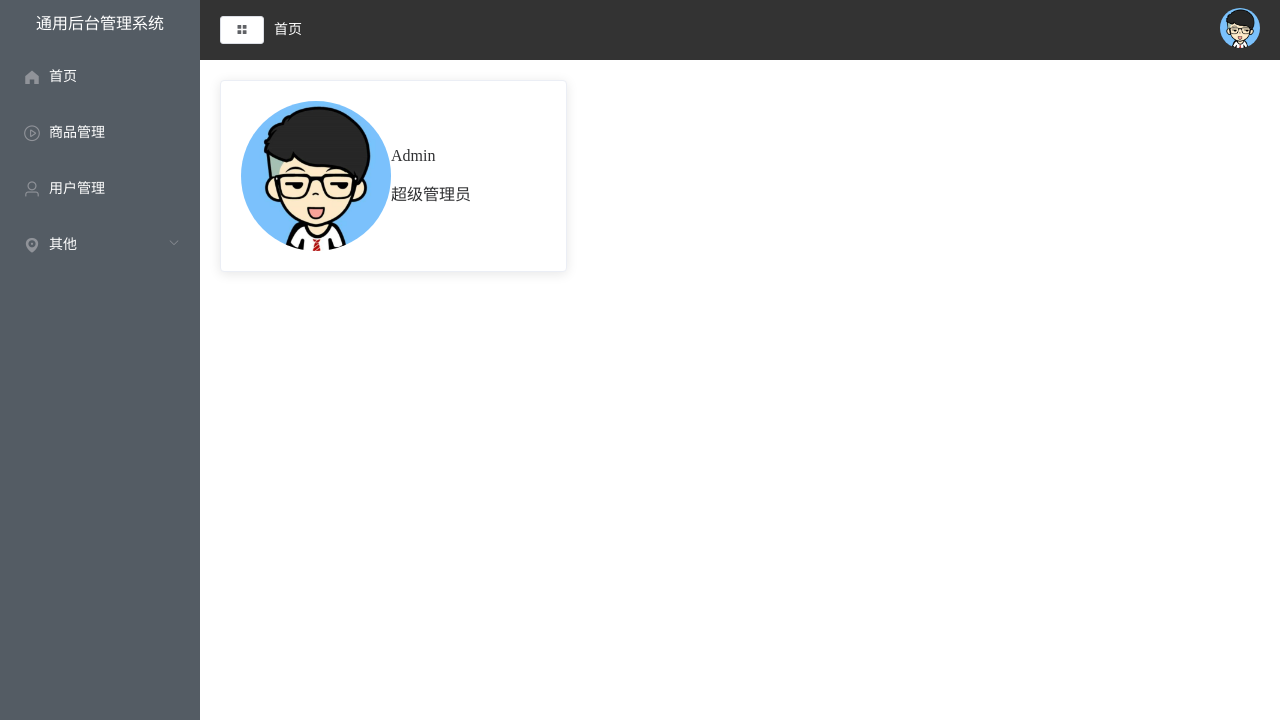
Repository: Francis200214/my-app
Page: /
The author's editor kept a copy of each file at every save. The page is drawn from the files as they stood at one save, then again after a run of saves.
The browser window is 1280 px wide. The pictures show the whole page.
The project was rebuilt for these pictures with package versions that can differ from the ones it lists, and the page was loaded fresh each time. Also part of the build but not shown: vue.config.js, src/views/User.vue, src/views/Mall.vue, src/views/other/PageOne.vue, src/views/other/PageTwo.vue.

Above is the page before, as saved 2023-05-21 15:34:50.

### src/main.js
import Vue from 'vue'
import App from './App.vue'
import ElementUI from 'element-ui'

// ElementUI 按需引入
// import { Button,Row } from 'element-ui'


import 'element-ui/lib/theme-chalk/index.css'
// Vue-Router
import router from './router'
// Vuex
import store from './store'


Vue.config.productionTip = false

// 全局引入Element UI
Vue.use(ElementUI);


// 按需引入Element UI
// Vue.use(Row);
// Vue.use(Button);


new Vue({
  router,
  store,
  render: h => h(App),
}).$mount('#app')

### src/App.vue
<template>
  <div id="app">
    <router-view></router-view>
  </div>
</template>

<style lang="less">
  html,body,h3 {
    margin: 0;
    padding: 0;
  }
</style>

<script>

export default {
  name: 'App'
}
</script>

### src/router/index.js
import Vue from 'vue'
import VueRouter from 'vue-router'

// 1、引入组件
import Main from '../views/Main.vue'
import Home from '../views/Home.vue'
import User from '../views/User.vue'
import Mall from '../views/Mall.vue'
import PageOne from '../views/other/PageOne.vue'
import PageTwo from '../views/other/PageTwo.vue'

// 引入Vue-Router
Vue.use(VueRouter);

// 2、路由与组件映射
const routes = [
    {
        path: '/',
        component: Main,
        // redirect 表示重定向，当路径是 / 的时候就重定向某个路由
        redirect: '/home',
        children: [
            { path: 'home', component: Home }, // 首页
            { path: 'user', component: User }, // 用户管理
            { path: 'mall', component: Mall }, // 商品管理
            { path: 'page1', component: PageOne }, // 页面一
            { path: 'page2', component: PageTwo }, // 页面二
        ]
    }

]

// 3、创建Router实例
const router = new VueRouter({
    routes // (缩写) 相当于 routes: routes
})

// 4、将 router 暴露
export default router

### src/store/index.js
import Vue from 'vue'
import Vuex from 'vuex'
import tab from './tab'

Vue.use(Vuex)


// 创建 Vuex 的实例
// 对外暴露
export default new Vuex.Store({
    modules: {
        tab
    }
})

### src/views/Main.vue
<template>
    <div>
        <el-container>
            <el-aside width="auto">
                <common-aside />
            </el-aside>
            <el-container>
                <el-header>
                    <common-header />
                </el-header>
                <el-main>
                    <router-view></router-view>
                </el-main>
            </el-container>
        </el-container>
    </div>
</template>
<style lang="less" scoped>
.el-header {
    padding: 0;
}
</style>
<script>
import CommonAside from '../components/CommonAside.vue'
import CommonHeader from '../components/CommonHeader.vue'


export default {
    data() {
        return {}
    },
    components: {
        CommonAside,
        CommonHeader
    }
}
</script>

### src/views/Home.vue
<template>
    <el-row>
        <el-col :span="8">
            <el-card class="box-card">
                <div class="user">
                    <img src="../assets/images/user.png" alt="">
                    <div class="userinfo">
                        <p class="name">Admin</p>
                        <p class="access">超级管理员</p>
                    </div>
                </div>
                <div class="login-info"></div>
            </el-card>
        </el-col>
        <el-col :span="16">
            <div class="grid-content bg-purple-light"></div>
        </el-col>
    </el-row>
</template>
<style lang="less" scoped>
.user {
    display: flex;
    // flex 布局中 主轴垂直居中
    align-items: center;

    img {
        width: 150px;
        height: 150px;
        border-radius: 50%;
    }
}
</style>
<script>
export default {
    data() {
        return {}
    }
}
</script>

### src/store/tab.js
export default {
    state: {
        isCollapse: false // 用于控制菜单的展开或收起
    },
    mutations: {
        // 修改菜单展开或者收起的方法
        collapseMenu(state) {
            state.isCollapse = !state.isCollapse
        }
    }
}

### src/components/CommonAside.vue
<template>
    <div>
        <el-menu default-active="1-4-1" class="el-menu-vertical-demo" @open="handleOpen" @close="handleClose"
            :collapse="isCollapse" background-color="#545c64" text-color="#fff" active-text-color="#ffd04b">

            <h3>{{ isCollapse ? '后台' : '通用后台管理系统' }}</h3>

            <el-menu-item @click="clickMenu(item)" v-for="item in noChildren" :key="item.name" :index="item.name">
                <i :class="`el-icon-${item.icon}`"></i>
                <span slot="title">{{ item.label }}</span>
            </el-menu-item>

            <el-submenu v-for="item in hasChildren" :key="item.label" :index="item.label">
                <template slot="title">
                    <i :class="`el-icon-${item.icon}`"></i>
                    <span slot="title">{{ item.label }}</span>
                </template>
                <el-menu-item-group v-for="subItem in item.children" :key="subItem.path">
                    <el-menu-item @click="clickMenu(subItem)" :index="subItem.path">{{ subItem.label }}</el-menu-item>
                </el-menu-item-group>
            </el-submenu>
        </el-menu>
    </div>
</template>

<style lang="less" scope>
.el-menu-vertical-demo:not(.el-menu--collapse) {
    width: 200px;
    min-height: 400px;
}

.el-menu {
    height: 100vh;
    border-right: none;

    h3 {
        color: #fff;
        text-align: center;
        line-height: 48px;
        font-size: 16px;
        // 字体粗细
        font-weight: 400;
    }
}
</style>

<script>
export default {
    data() {
        return {
            menuData: [
                {
                    path: '/',
                    name: 'home',
                    label: '首页',
                    icon: 's-home',
                    url: 'Home/Home'
                },
                {
                    path: '/mall',
                    name: 'mall',
                    label: '商品管理',
                    icon: 'video-play',
                    url: 'MallManage/MallManage'
                },
                {
                    path: '/user',
                    name: 'user',
                    label: '用户管理',
                    icon: 'user',
                    url: 'UserManage/UserManage'
                },
                {
                    label: '其他',
                    icon: 'location',
                    children: [
                        {
                            path: '/page1',
                            name: 'page1',
                            label: '页面1',
                            icon: 'setting',
                            url: 'Other/PageOne'
                        },
                        {
                            path: '/page2',
                            name: 'page2',
                            label: '页面2',
                            icon: 'setting',
                            url: 'Other/PageTwo'
                        }
                    ]
                }
            ]
        };
    },
    methods: {
        handleOpen(key, keyPath) {
            console.log(key, keyPath);
        },
        handleClose(key, keyPath) {
            console.log(key, keyPath);
        },
        // 点击菜单
        clickMenu(item) {
            console.log(item)
            // 当页面的路由与我要跳转的路由不一致的时候才允许跳转
            if (this.$route.path !== item.path && !(this.$route.path === '/home' && (item.path === '/'))) {
                // 这里的this代表vue实例
                this.$router.push(item.path)
            }
        }
    },
    computed: {
        // 没有子菜单
        noChildren() {
            return this.menuData.filter(item => !item.children)
        },
        // 有子菜单
        hasChildren() {
            return this.menuData.filter(item => item.children)
        },
        isCollapse() {
            return this.$store.state.tab.isCollapse
        }
    }
}
</script>

### src/components/CommonHeader.vue
<template>
    <div class="header-container">
        <div class="l-content">
            <el-button @click="handleMenu" icon="el-icon-menu" size="mini"></el-button>
            <!-- 面包屑 -->
            <span class="text">首页</span>
        </div>
        <div class="r-content">
            <el-dropdown>
                <span class="el-dropdown-link">
                    <img class="user" src="../assets/images/user.png" alt="">
                </span>
                <el-dropdown-menu slot="dropdown">
                    <el-dropdown-item>个人中心</el-dropdown-item>
                    <el-dropdown-item>退出</el-dropdown-item>
                </el-dropdown-menu>
            </el-dropdown>
        </div>
    </div>
</template>
<style lang="less" scoped>
.header-container {
    padding: 0px 20px;
    background-color: #333;
    height: 60px;
    display: flex;
    // 将元素放到元素主轴的两端
    justify-content: space-between;
    align-items: center;

    .text {
        color: #fff;
        font-size: 14px;
        margin-left: 10px;
    }

    .r-content {
        .user {
            width: 40px;
            height: 40px;
            border-radius: 50%;
        }
    }
}
</style>
<script>
export default {
    data() {
        return {}
    },
    methods: {
        handleMenu() {
            this.$store.commit('collapseMenu')
        }
    }
}
</script>

Loaded but not shown: public/index.html (common file)

After the next 2 saves:
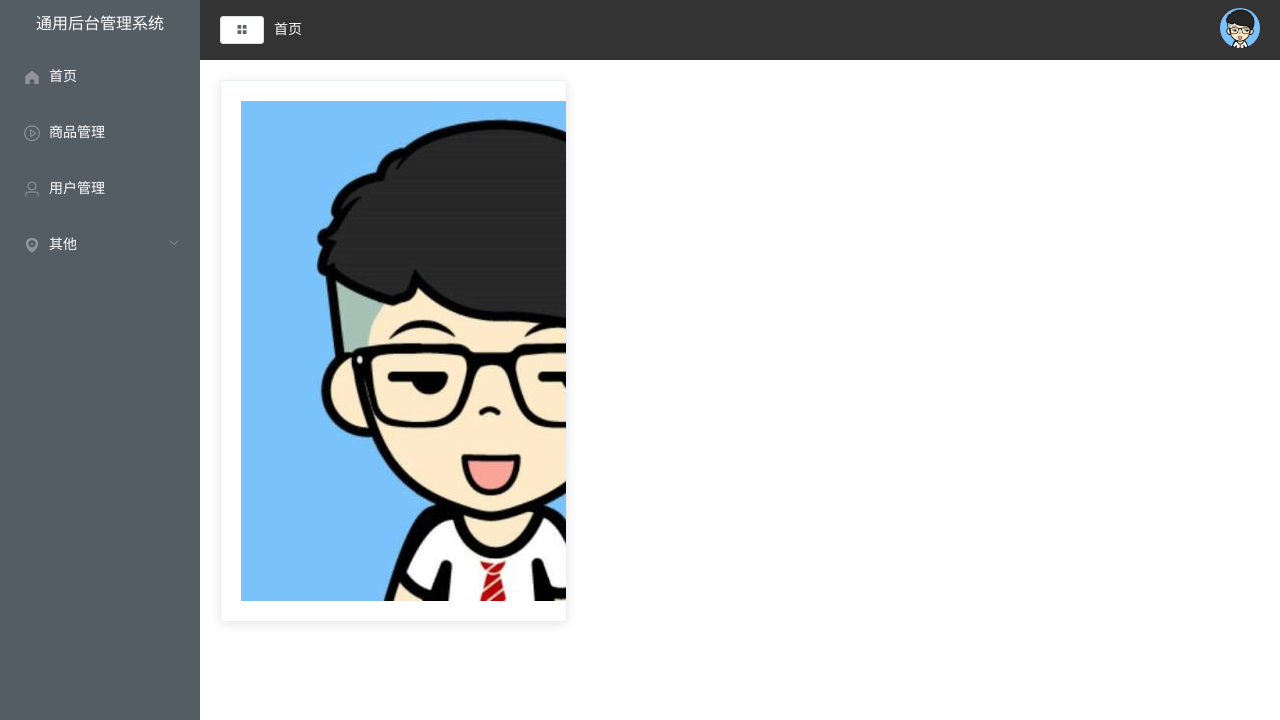
The 2 saves are shown as one change because they came seconds apart.
The last was saved 6 s later.
--- a/src/views/Home.vue
+++ b/src/views/Home.vue
@@ -22,6 +22,7 @@
     display: flex;
     // flex 布局中 主轴垂直居中
     align-items: center;
+    margin-
 
     img {
         width: 150px;

After the 5 saves that followed:
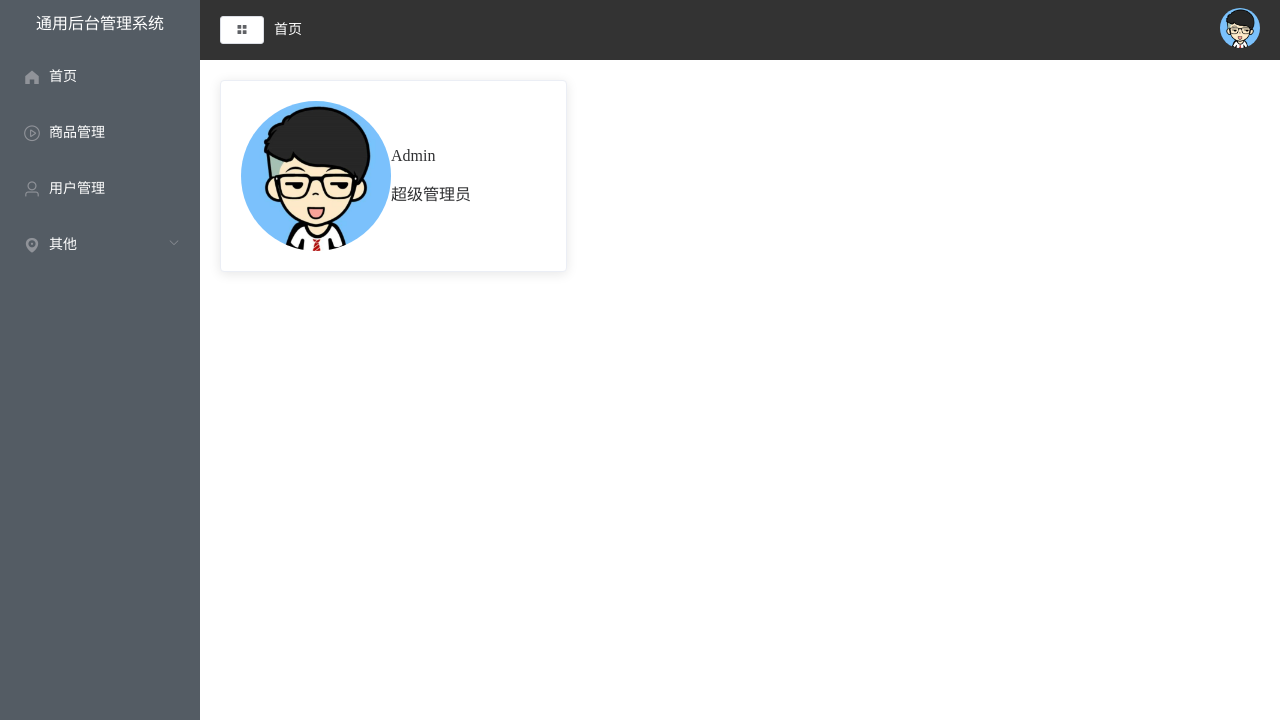
The 5 saves are shown as one change because they came seconds apart.
The last was saved 21 s later.
--- a/src/views/Home.vue
+++ b/src/views/Home.vue
@@ -22,12 +22,13 @@
     display: flex;
     // flex 布局中 主轴垂直居中
     align-items: center;
-    margin-
+
 
     img {
         width: 150px;
         height: 150px;
         border-radius: 50%;
+        margin-right: ;
     }
 }
 </style>
